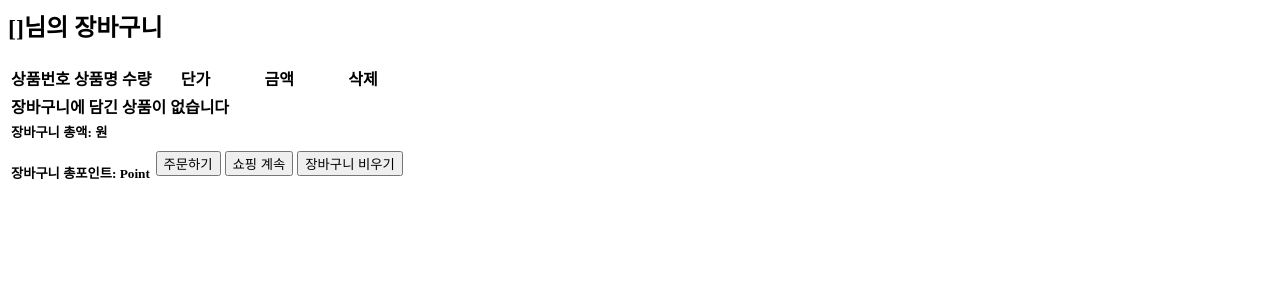
Repository: Jayking0215/myjava
Page: http://localhost/SpringWeb/WEB-INF/views/shop/cartList.jsp
The author's editor kept a copy of each file at every save. The page is drawn from the files as they stood at one save, then again after the next save.
The browser window is 1280 px wide. The pictures show the whole page.
The page is served by Tomcat 9. Nobody is signed in. Other server files are loaded and not shown. The template is opened directly, without the code that normally fills it, so the values that code supplies are empty.

Above is the page before, as saved 2023-05-11 08:38:45.

### SpringWorkspace/SpringWeb/src/main/webapp/WEB-INF/views/shop/cartList.jsp
<%@ page language="java" contentType="text/html; charset=UTF-8"
    pageEncoding="UTF-8"%>
<%@ taglib prefix="c" uri="http://java.sun.com/jsp/jstl/core" %>
<%@ taglib prefix="fmt" uri="http://java.sun.com/jsp/jstl/fmt" %>
<div class="row my-4">
	<div class="col-12">
		<h2 class="text-center">${loginUser.name}[${loginUser.userid}]님의 장바구니</h2>
	</div>
</div>

<div class="row my-2">
	<div class="col-12">
		<form name="orderF" id="orderF" action="order">
			<%-- ${cartArr} --%>
			<table class="table table-striped">
				<thead>
					<tr>
						<th>상품번호</th>
						<th>상품명</th>
						<th>수량</th>
						<th>단가</th>
						<th>금액</th>
						<th>삭제</th>
					</tr>
				</thead>
				<tbody>
					<!-- --------------------------- -->
				<c:choose>
					<c:when test="${cartArr eq null or empty cartArr}">
						<tr>
							<td colspan="6">
								<b>장바구니에 담긴 상품이 없습니다</b>
							</td>
						</tr>
					</c:when>
					<c:otherwise>
						<c:forEach var="item" items="${cartArr}" varStatus="state">
							<!--
								varStatus에 변수명을 지정하면
								해당변수로 반복문의 상태정보를 알아낼 수 있다.
								state.index : 인덱스값(0~3)
								state.count : 반복문 횟수(1~4)
							 -->
							<tr>
								<td>
								<label>
								<input type="checkbox" name="pnum" id="pnum${state.index}" value="${item.pnum_fk}">
								${item.pnum_fk}
								</label>
								</td>
								<td>
								<h4>${item.pname}</h4>
								<a href="../prodDetail?pnum=${item.pnum_fk}">
								<img src="../resources/product_images/${item.pimage1}" class="img-fluid" style="width:140px">
								</a>
								</td>
								<td>

								<input type="number" name="pqty" id="pqty${state.index}" value="${item.pqty}" min="1" max="50">
								<button type="button" class="btn btn-success" onClick="cartEdit('${item.cartNum}','${state.index}')">수정</button>
								</td>
								<td>
								<fmt:formatNumber value="${item.saleprice}" pattern="###,###"/> 원<br>
								<span class="badge badge-danger">${item.point}</span> POINT
								</td>
								<td>
								<fmt:formatNumber value="${item.totalPrice}" pattern="###,###"/> 원<br>
								<span class="badge badge-danger">${item.totalPoint}</span> POINT
								</td>
								<td>
								<a href="#" onclick="cartDel('${item.cartNum}')">삭제</a>
								</td>
							</tr>
						</c:forEach>
					</c:otherwise>
				</c:choose>
					<!-- --------------------------- -->

					<tr>
						<td colspan="3">
							<h5>장바구니 총액: <span class='text-danger'>
								<fmt:formatNumber value="${cartTotal.cartTotalPrice}"  pattern="###,###" />
							원</span></h5>
							<h5>장바구니 총포인트: <span class='text-success'>
								<fmt:formatNumber value="${cartTotal.cartTotalPoint}"  pattern="###,###" />
							Point</span></h5>
						</td>
						<td colspan="3">
							<button type="button" class="btn btn-outline-info" onclick="goOrder()">주문하기</button>
							<button type="button" class="btn btn-outline-danger" onclick="location.href='../index'">쇼핑 계속</button>
							<button type="button" class="btn btn-outline-success" onclick="cartDelAll()">장바구니 비우기</button>
						</td>
					</tr>
				</tbody>
			</table>
		</form>
		<!-- 주문form end------------ -->

		<!-- 삭제 form start-------------- -->
		<form name="df" action="cartDel">
			<input type="hidden" name="cartNum">
		</form>
		<!-- 삭제form end------------- -->

		<!-- 수정form------------------- -->
		<form action="ef" action="cartEdit">
			<input type="hidden" name="cartNum">
			<input type="hidden" name="pqty">
		</form>
		<!-- ---------------------------- -->
	</div>
</div>

<script>
	function cartDelAll(){
		let yn=confirm('장바구니를 비우시겠습니까?');
		if(yn){
			location.href='delCartAll';
		}
	}//----------------------------

	function cartEdit(cnum, i){
		//alert(cnum+"/"+i);
		let qty=$('#pqty'+i).val();
		//alert(qty);//수정된 수량값

		ef.cartNum.value=cnum;
		ef.pqty.value=qty;
		ef.method='post';
		ef.submit();

	}//---------------------

	function cartDel(cnum){
		//alert(cnum);
		let yn=confirm('정말 삭제할까요?');
		if(yn){
			df.cartNum.value=cnum;
			df.method='post';
			df.submit();
		}
		df.cartNum.value=cnum;
		df.method='post';
		df.submit();
	}
</script>

After the next save:
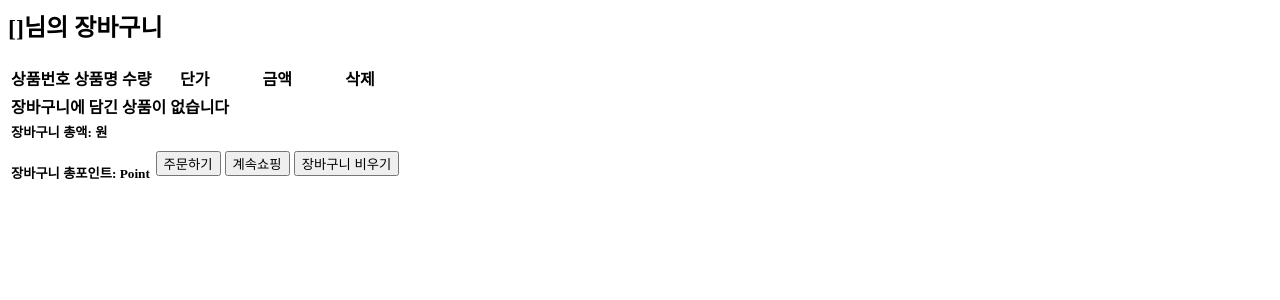
Saved 113 min 30 s later.
--- a/SpringWorkspace/SpringWeb/src/main/webapp/WEB-INF/views/shop/cartList.jsp
+++ b/SpringWorkspace/SpringWeb/src/main/webapp/WEB-INF/views/shop/cartList.jsp
@@ -36,11 +36,12 @@
 					<c:otherwise>
 						<c:forEach var="item" items="${cartArr}" varStatus="state">
 							<!--
-								varStatus에 변수명을 지정하면
-								해당변수로 반복문의 상태정보를 알아낼 수 있다.
-								state.index : 인덱스값(0~3)
-								state.count : 반복문 횟수(1~4)
+								varStatus 에 변수명을 지정하면
+								해당 변수로 반복문의 상태정보를 알아낼 수 있다.
+								state.index : 인덱스값 (0 ~ 3)
+								state.count : 반복문 횟수 (1 ~4)
 							 -->
+
 							<tr>
 								<td>
 								<label>
@@ -87,40 +88,39 @@
 						</td>
 						<td colspan="3">
 							<button type="button" class="btn btn-outline-info" onclick="goOrder()">주문하기</button>
-							<button type="button" class="btn btn-outline-danger" onclick="location.href='../index'">쇼핑 계속</button>
+							<button type="button" class="btn btn-outline-danger" onclick="location.href='../index'">계속쇼핑</button>
 							<button type="button" class="btn btn-outline-success" onclick="cartDelAll()">장바구니 비우기</button>
 						</td>
 					</tr>
 				</tbody>
+
 			</table>
 		</form>
-		<!-- 주문form end------------ -->
+		<!--주문form end------------  -->
 
-		<!-- 삭제 form start-------------- -->
+		<!--삭제form --------------------------  -->
 		<form name="df" action="cartDel">
 			<input type="hidden" name="cartNum">
 		</form>
-		<!-- 삭제form end------------- -->
+		<!--삭제form end----------------------  -->
 
-		<!-- 수정form------------------- -->
-		<form action="ef" action="cartEdit">
+		<!--수정form-------------------------  -->
+		<form name="ef" action="cartEdit">
 			<input type="hidden" name="cartNum">
 			<input type="hidden" name="pqty">
 		</form>
-		<!-- ---------------------------- -->
+		<!-- ------------------------------ -->
 	</div>
 </div>
-
 <script>
 	function cartDelAll(){
-		let yn=confirm('장바구니를 비우시겠습니까?');
+		let yn=confirm('장바구니를 모두 삭제할까요?');
 		if(yn){
 			location.href='delCartAll';
 		}
-	}//----------------------------
-
+	}//-----------------------------
 	function cartEdit(cnum, i){
-		//alert(cnum+"/"+i);
+		//alert(cnum+"/"+i)
 		let qty=$('#pqty'+i).val();
 		//alert(qty);//수정된 수량값
 
@@ -129,18 +129,15 @@
 		ef.method='post';
 		ef.submit();
 
-	}//---------------------
+	}//--------------------
 
 	function cartDel(cnum){
-		//alert(cnum);
-		let yn=confirm('정말 삭제할까요?');
+		//alert(cnum)
+		let yn=confirm('정말 삭제할까요?')
 		if(yn){
 			df.cartNum.value=cnum;
 			df.method='post';
 			df.submit();
 		}
-		df.cartNum.value=cnum;
-		df.method='post';
-		df.submit();
-	}
+	}//--------------------
 </script>
